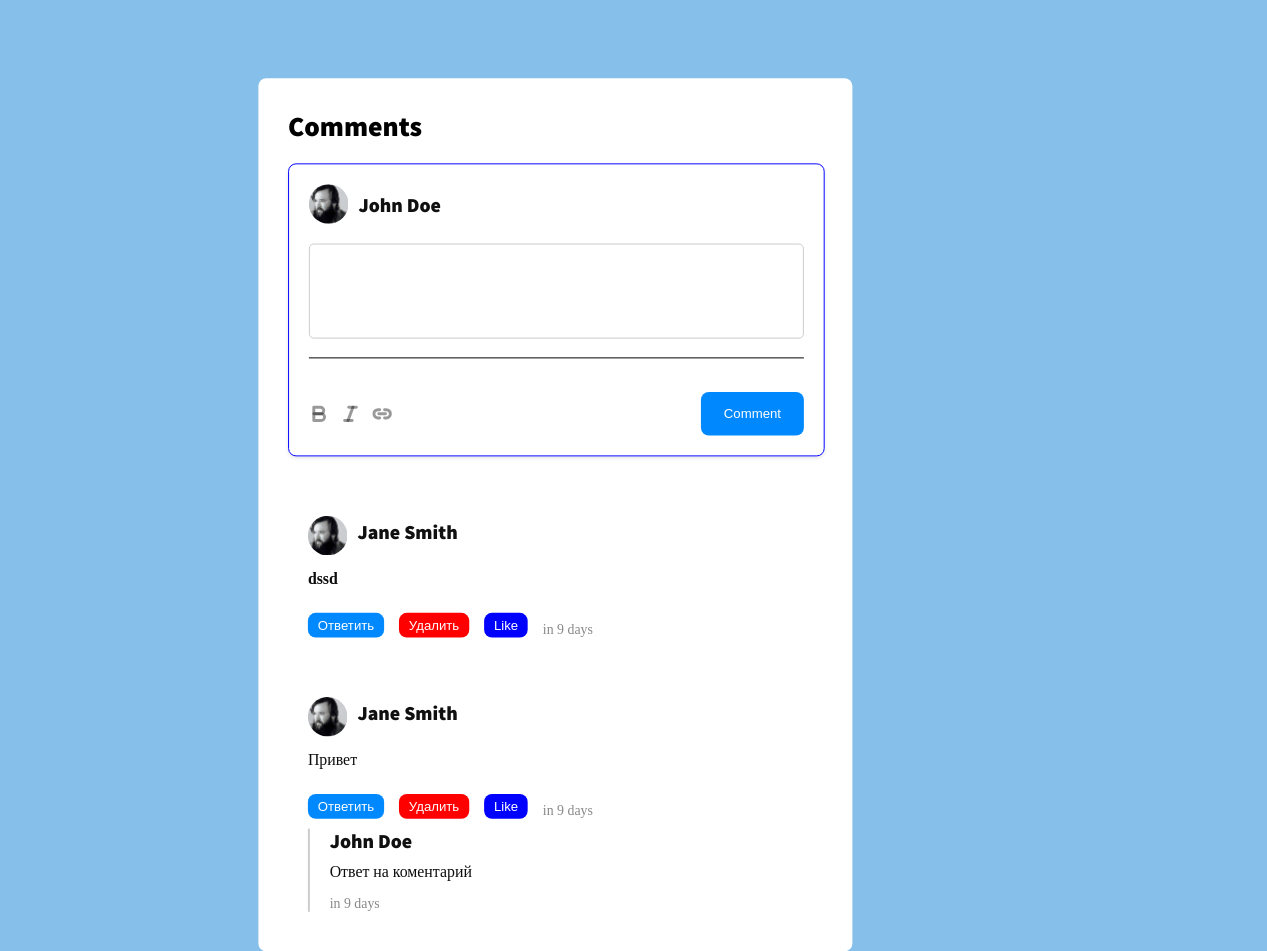
Repository: nikiforovki/appcommits
Page: /
An editor plug-in stored every save of this project. The page is shown before and after the next save, followed by the edit.
The browser window is 1280 px wide. The pictures show the whole page, at 99% of full size.
The project was rebuilt for these pictures with package versions that can differ from the ones it lists, and the page was loaded fresh each time. Requests to the local data server were answered from the project's data file. Also part of the build but not shown: webpack.config.ts.

Above is the page before, as saved 2024-08-24 03:47:54.

After the next save:
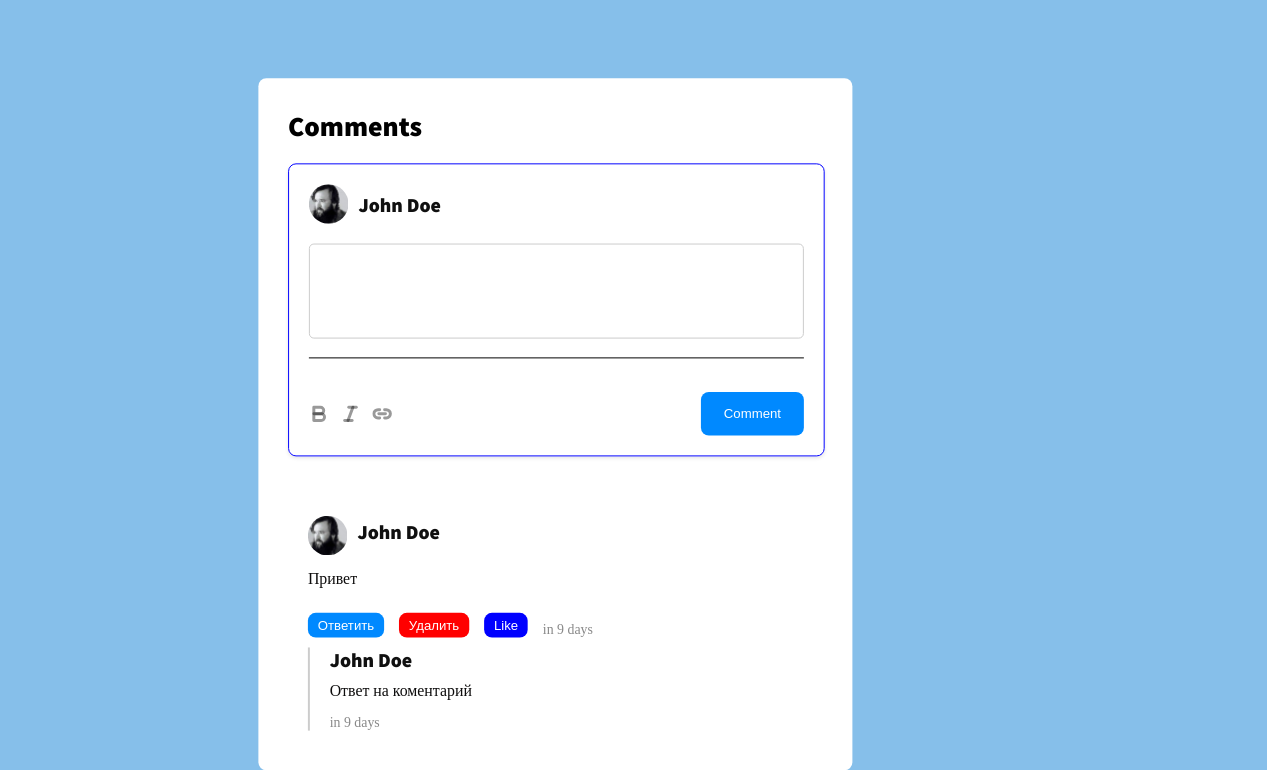
Saved 4 min 21 s later.
--- a/db.json
+++ b/db.json
@@ -3,7 +3,7 @@
     {
       "id": "1724444371668",
       "img": "/img/IconMan.svg",
-      "author": "Jane Smith",
+      "author": "John Doe",
       "text": "Привет",
       "timestamp": "2024-08-23T20:19:31.668Z",
       "liked": false,
@@ -18,18 +18,6 @@
           "timestamp": "2024-08-23T20:20:31.668Z"
         }
       ]
-    },
-    {
-      "id": "1724459565052",
-      "img": "/img/IconMan.svg",
-      "author": "Jane Smith",
-      "text": "dssd",
-      "timestamp": "2024-08-24T00:32:45.052Z",
-      "liked": false,
-      "isBold": true,
-      "isItalic": false,
-      "isLink": false,
-      "replies": []
     }
   ]
 }
